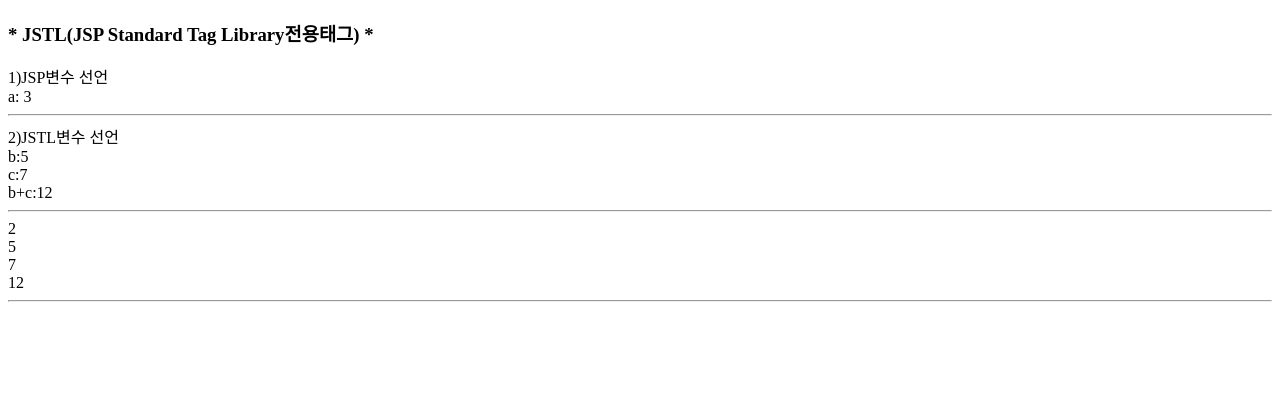
Repository: wlsgml0156/basicJava
Page: http://localhost/mvcTest/jstl/jstlTest1.jsp
An editor plug-in stored every save of this project. The page is shown before and after the next save, followed by the edit.
The browser window is 1280 px wide. The pictures show the whole page.
The page is served by Tomcat 9. Other server files are loaded and not shown.

Above is the page before, as saved 2020-01-30 03:10:52.

### mvcTest/WebContent/jstl/jstlTest1.jsp
<%@ page language="java" contentType="text/html; charset=UTF-8"%>

<%-- JSTL를 사용하기 위해서는 Directive를 선언해야 한다 --%>
<%@ taglib prefix="c"  uri="http://java.sun.com/jsp/jstl/core"%>
<%@ taglib prefix="fn" uri="http://java.sun.com/jsp/jstl/functions"%>

<!DOCTYPE html>
<html>
<head>
<meta charset="UTF-8">
<title>jstlTest1.jsp</title>
</head>
<body>
  <h3>* JSTL(JSP Standard Tag Library전용태그) *</h3>
  1)JSP변수 선언<br>
  <%int a=3; %>
  a: <%=a %><br>
  <hr>

  2)JSTL변수 선언<br>
  <c:set var="b" value="5"></c:set>
  <c:set var="c">7</c:set>
  b:${b}<br>
  c:${c}<br>
  b+c:${b+c}<br>
  <hr>

  <c:out value="2"></c:out> <br>
  <c:out value="${b}"></c:out> <br>
  <c:out value="${c}"></c:out> <br>
  <c:out value="${b+c}"></c:out> <br>
  <hr>









</body>
</html>

After the next save:
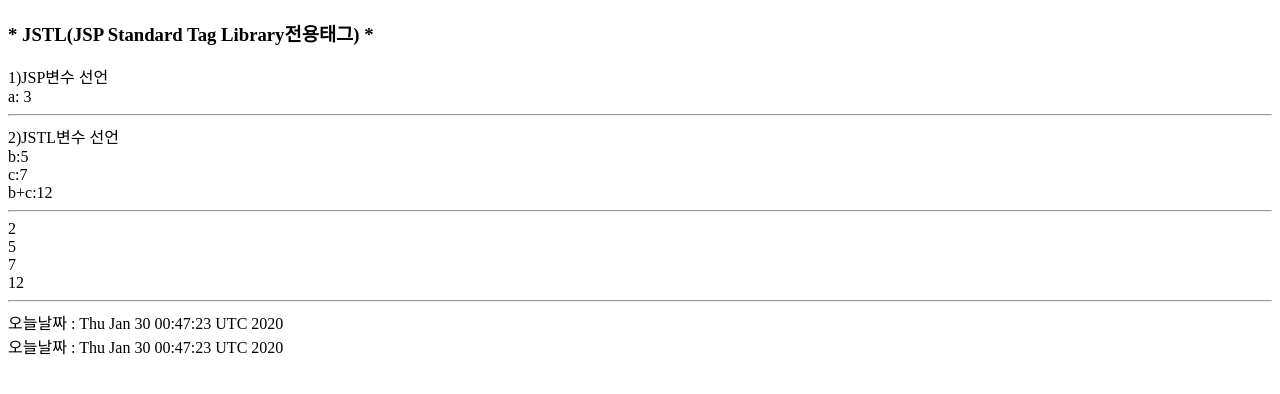
Saved 112 s later.
--- a/mvcTest/WebContent/jstl/jstlTest1.jsp
+++ b/mvcTest/WebContent/jstl/jstlTest1.jsp
@@ -1,3 +1,4 @@
+<%@page import="java.util.Date"%>
 <%@ page language="java" contentType="text/html; charset=UTF-8"%>
 
 <%-- JSTL를 사용하기 위해서는 Directive를 선언해야 한다 --%>
@@ -31,7 +32,9 @@
   <c:out value="${b+c}"></c:out> <br>
   <hr>
 
-
+  <c:set var="dt" value="<%=new Date()%>"></c:set>
+  오늘날짜 : ${dt} <br>
+  오늘날짜 : <c:out value="${dt}"></c:out>
 
 
 
